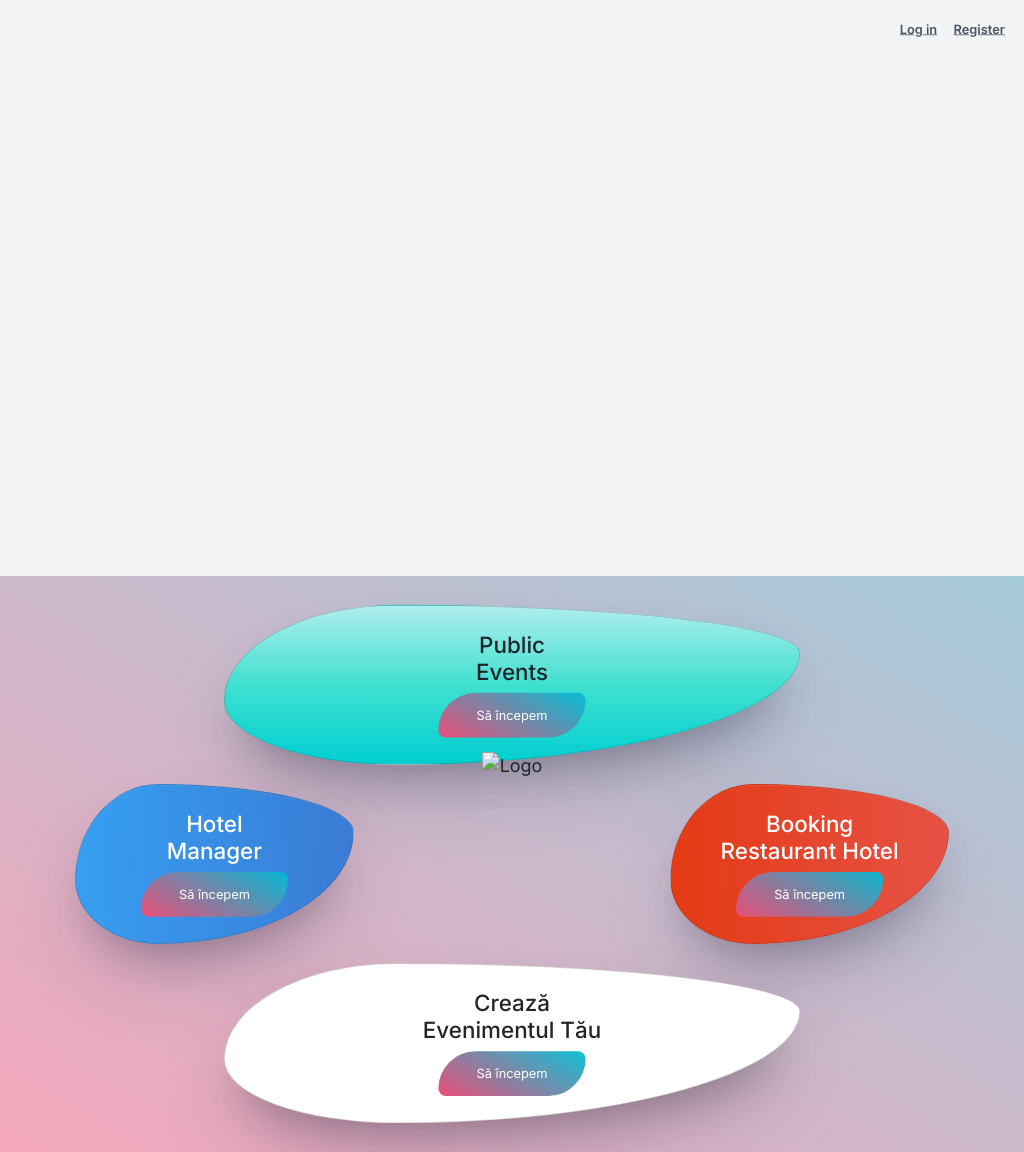
Repository: cosmin05072018/fantastic-events-manager
Page: http://localhost/
An editor plug-in stored every save of this project. The page is shown before and after the next save, followed by the edit.
The browser window is 1280 px wide. The pictures show the whole page, at 80% of full size.
The page is served by the project's Laravel application, run on PHP 8.4 with Laravel 10.

Above is the page before, as saved 2024-11-03 15:03:18.
Console error: ReferenceError: particlesJS is not defined

After the next save:
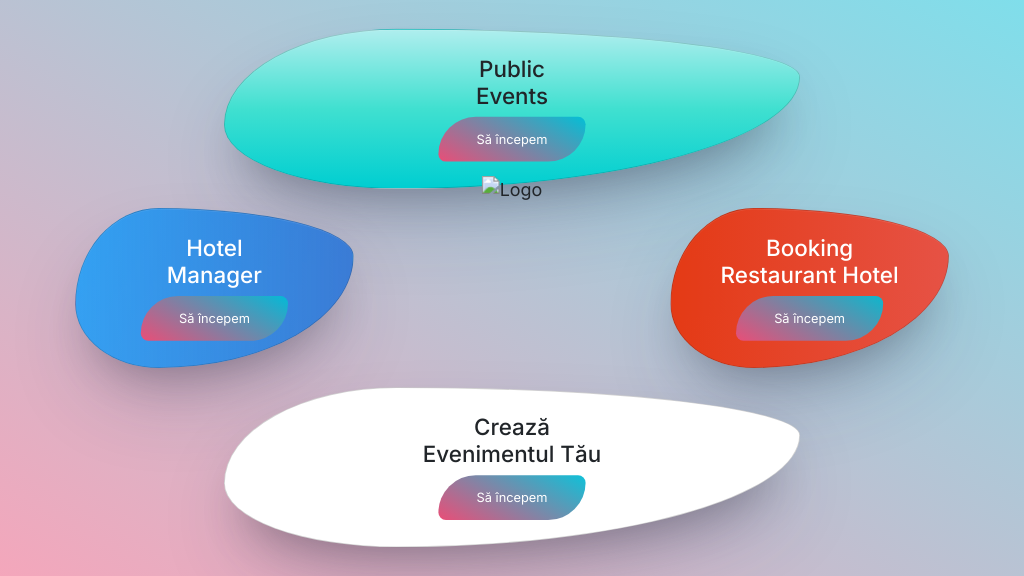
Saved 100 s later.
--- a/resources/views/startApp.blade.php
+++ b/resources/views/startApp.blade.php
@@ -837,6 +837,7 @@
 </head>
 
 <body>
+    <!--
     <div
         class="relative sm:flex sm:justify-center sm:items-center min-h-screen bg-dots-darker bg-center bg-gray-100 dark:bg-dots-lighter dark:bg-gray-900 selection:bg-red-500 selection:text-white">
         @if (Route::has('login'))
@@ -856,7 +857,7 @@
                 @endauth
             </div>
         @endif
-    </div>
+    </div>-->
     <div
         class="container container-first-page d-flex align-items-center justify-content-center min-vh-100 flex-column py-3">
         <div class="col-12 col-md-4 d-flex d-md-none justify-content-center mb-3 mb-md-0">
